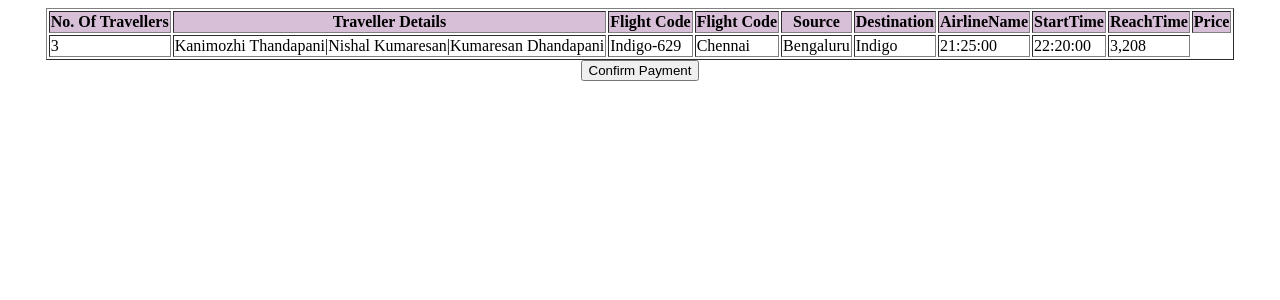
Repository: KanimozhiThandapani/Phase2AirlineBookingProject
Page: http://localhost/AirlineBooking/bookedFlights.jsp
These files come from the project's save history. The page is drawn as it stood at one moment and after the next save; the edit follows.
The browser window is 1280 px wide. The pictures show the whole page.
The page is served by Tomcat 9.

Above is the page before, as saved 2022-04-26 07:54:48.

After the next save:
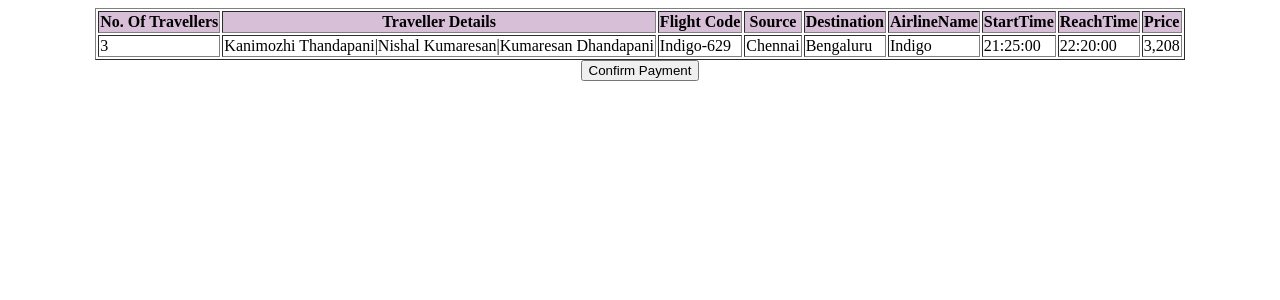
Saved 12 s later.
--- a/AirlineBooking/WebContent/bookedFlights.jsp
+++ b/AirlineBooking/WebContent/bookedFlights.jsp
@@ -15,7 +15,6 @@
    <tr bgcolor="thistle" >
           <th><b>No. Of Travellers</b></th>
           <th><b>Traveller Details</b></th>
-          <th><b>Flight Code</b></th>
           <th><b>Flight Code</b></th>
           <th><b>Source</b></th>
           <th><b>Destination</b></th>
